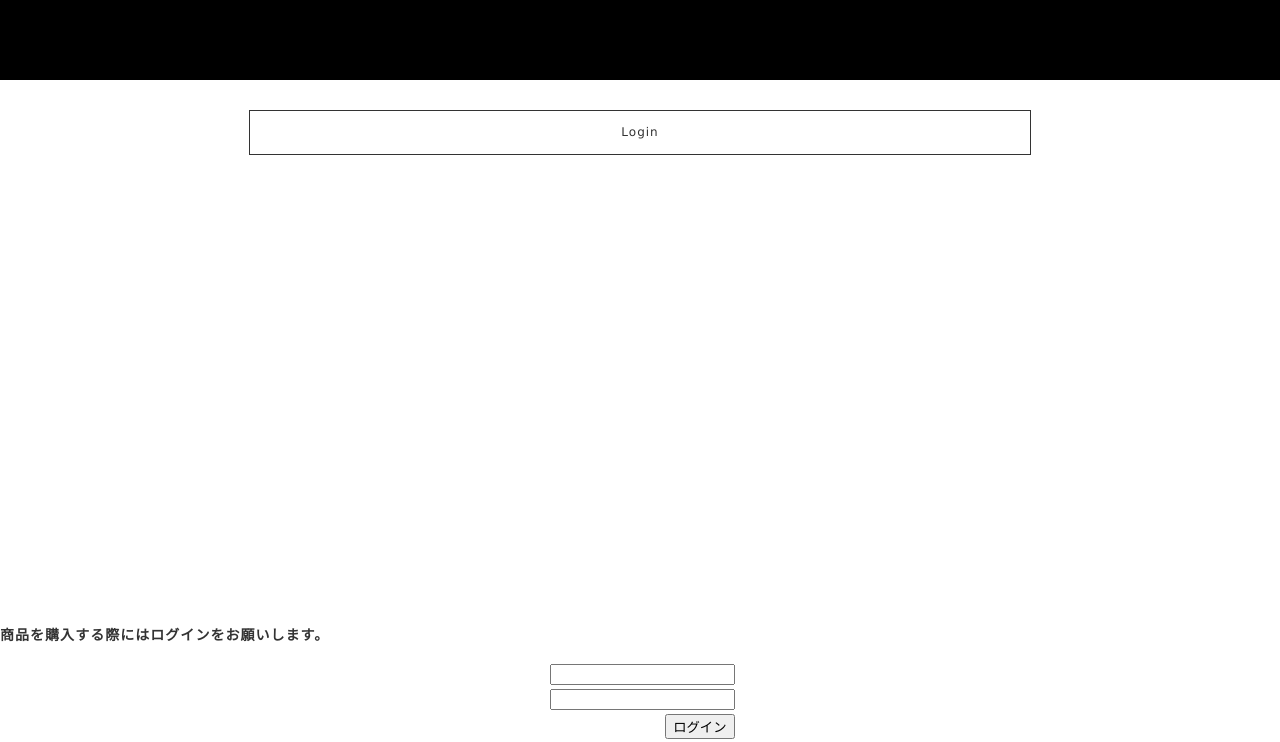
Repository: REDsky96/test
Page: http://localhost/template/login.jsp
These files come from the project's save history. The page is drawn as it stood at one moment and after a run of saves; the edit follows.
The browser window is 1280 px wide. The pictures show the whole page.
The page is served by Tomcat 9. Other server files are loaded and not shown.

Above is the page before, as saved 2018-11-02 04:25:55.

### template/WebContent/login.jsp
<%@ page language="java" contentType="text/html; charset=UTF-8"
    pageEncoding="UTF-8"%>
<%@ taglib prefix = "s" uri = "/struts-tags" %>
<!DOCTYPE html PUBLIC "-//W3C//DTD HTML 4.01 Transitional//EN" "http://www.w3.org/TR/html4/loose.dtd">
<html>
<head>
<meta http-equiv="Content-Type" content="text/html; charset=utf-8" />
<meta http-equiv="Content-Style-Type" content="text/css" />
<meta http-equiv="Content-Script-Type" content="text/javascript" />
<meta http-equiv="imagetoolbar" content="no" />
<meta name="description" content="" />
<meta name="keywords" content="" />
<title>Login画面</title>

<style type = "text/css">

  body {
    margin:0;
    padding:0;
    line-height:1.6;
    letter-spacing:1px;
    font-family:Verdana, Helvetica, sans-serif;
    font-size:12px;
    color:#333;
    background:#fff;
  }

  table {
    text-align:center;
    margin:0 auto;
  }

  #top {
    width:780px;
    margin:30px auto;
    border:1px solid #333;
  }

  #header {
    width: 100%;
    height: 80px;
    background-color: black;
  }

  #main {
    width: 100%;
    height: 500px;
    text-align: center;
  }

  #footer {
    width: 100%;
    height: 80px;
    background-color: black;
    clear:both;
  }
</style>
</head>


<body>
  <div id = "header">
    <div id = "pr"></div>
  </div>

  <div id = "main">
    <div id = "top">
      <p>Login</p>
    </div>
  </div>

  <div>
    <h3>商品を購入する際にはログインをお願いします。</h3>
    <s:form action = "LoginAction">
      <s:textfield name = "loginUserId"/>
      <s:password name = "loginpassword"/>
      <s:submit value = "ログイン"/>
    </s:form>
  </div>


</body>
</html>

After the next 2 saves:
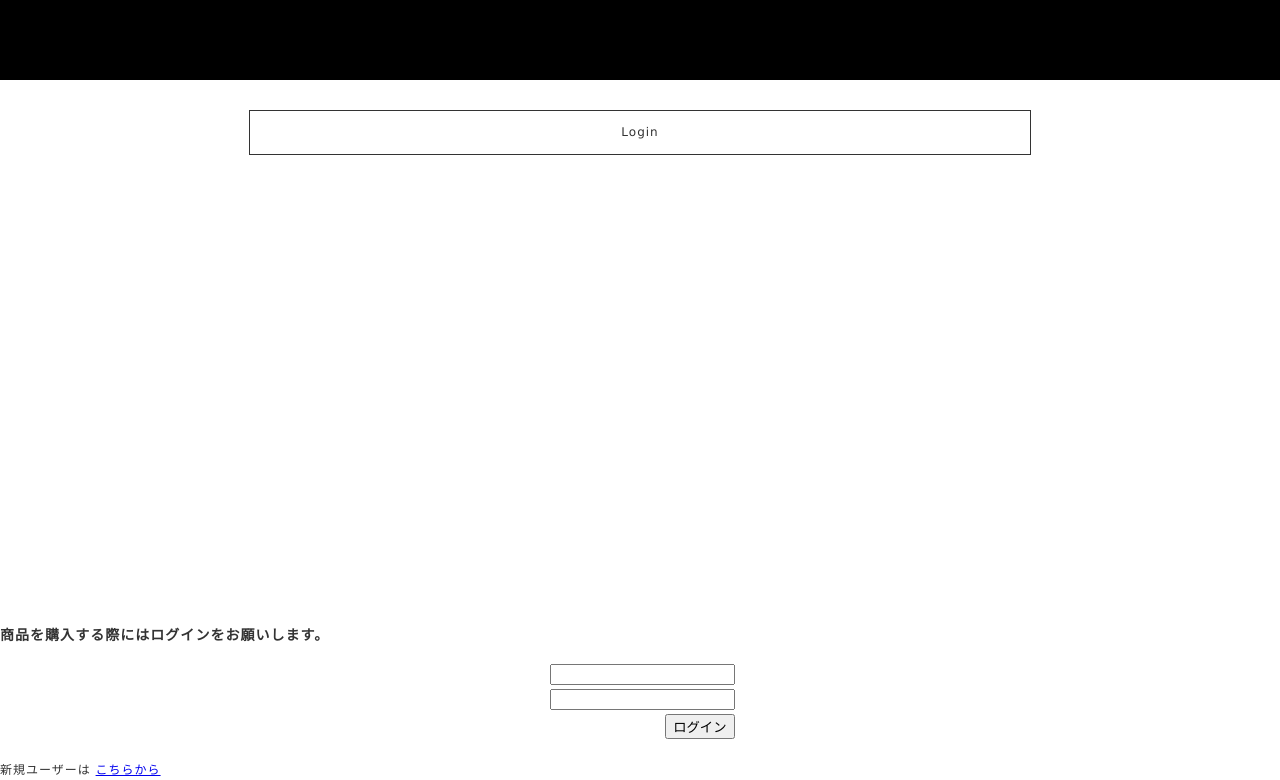
The 2 saves are shown as one change because 1 did not build or start.
The last was saved 3 min 2 s later.
--- a/template/WebContent/login.jsp
+++ b/template/WebContent/login.jsp
@@ -76,6 +76,13 @@
       <s:password name = "loginpassword"/>
       <s:submit value = "ログイン"/>
     </s:form>
+    <br/>
+
+    <div>
+      <span>新規ユーザーは
+        <a href = '<s:url action = "UserCreateAction"/>'>こちらから</a>
+      </span>
+    </div>
   </div>
 
 
